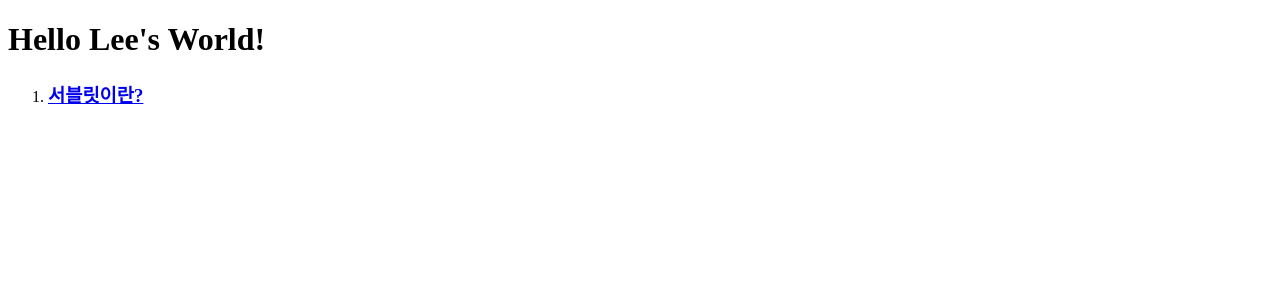
Repository: steeveelee2/WEB_Study
Page: webWorkspace/servlet1Project/web/index.html
The author's editor kept a copy of each file at every save. The page is drawn from the files as they stood at one save, then again after the next save.
The browser window is 1280 px wide. The pictures show the whole page.

Above is the page before, as saved 2018-10-10 03:31:16.

After the next save:
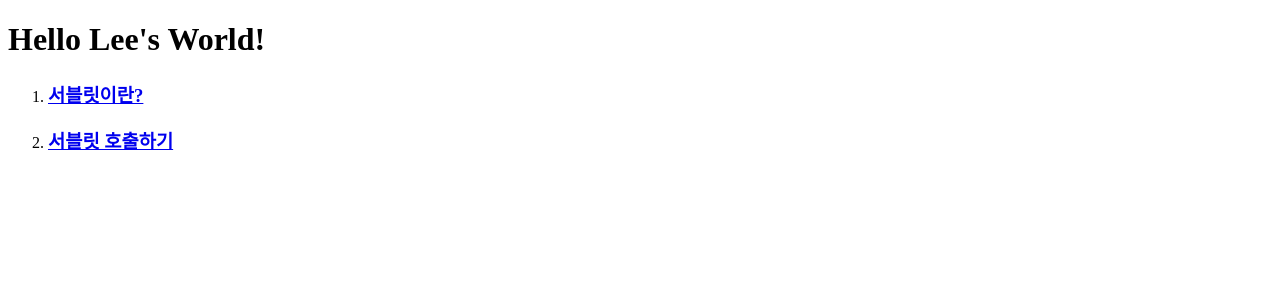
Saved 4 min 29 s later.
--- a/webWorkspace/servlet1Project/web/index.html
+++ b/webWorkspace/servlet1Project/web/index.html
@@ -13,6 +13,11 @@
 				<a href="test1.do">서블릿이란?</a>
 			</h3>
 		</li>
+		<li>
+			<h3>
+				<a href="views/LoginForm.html">서블릿 호출하기</a>
+			</h3>
+		</li>
 	</ol>
 </body>
 </html>
